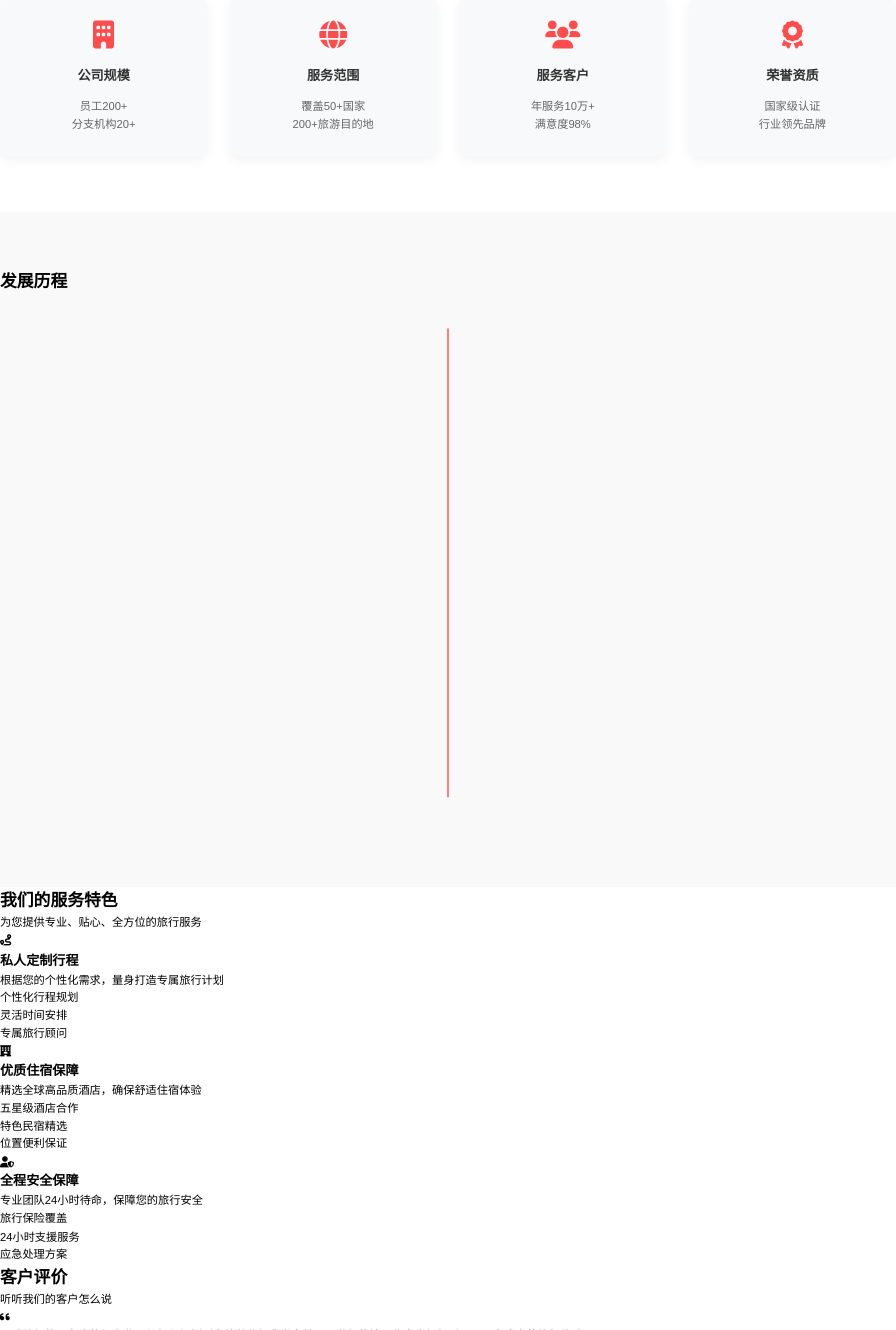
Repository: huang-heavenly-Emperor/travel_1
Page: pages/about.html
These files come from the project's save history. The page is drawn as it stood at one moment and after the next save; the edit follows.
The browser window is 1280 px wide. The pictures show the part of the page from y = 2293 to 4193 px (the page is 4663 px tall before and 4950 px after), at 70% of full size.
A picture or video elsewhere on the page could not be fetched, so the positions and the page height are approximate.

Above is the page before, as saved 2024-11-18 02:34:23.

After the next save:
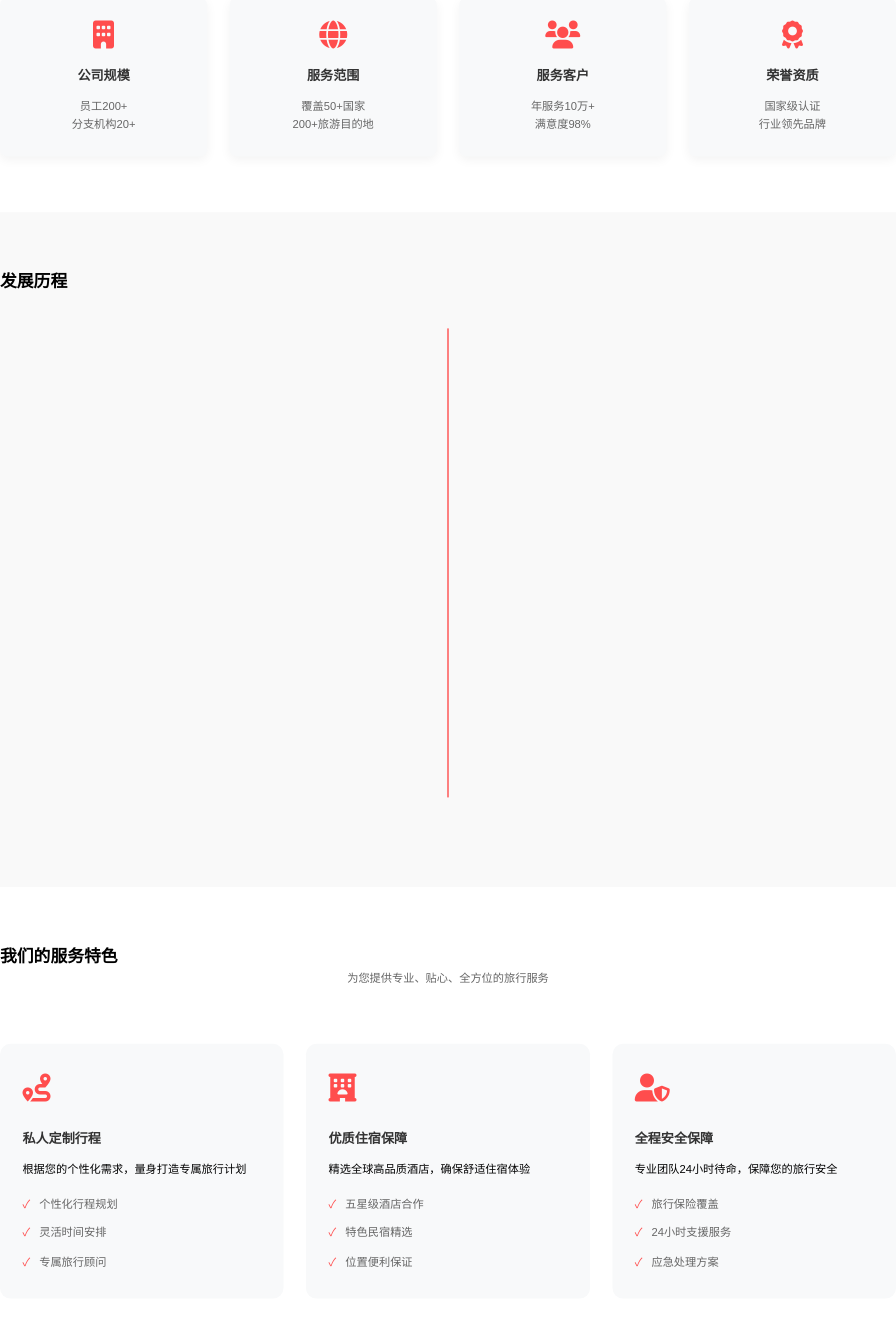
Saved 4 s later.
--- a/css/about.css
+++ b/css/about.css
@@ -245,3 +245,137 @@
     border-radius: 10px;
     box-shadow: 0 5px 15px rgba(0,0,0,0.05);
 }
+
+/* 服务特色样式 */
+.service-features {
+    padding: 5rem 0;
+    background: #fff;
+}
+
+.section-desc {
+    text-align: center;
+    color: #666;
+    margin-bottom: 3rem;
+}
+
+.features-grid {
+    display: grid;
+    grid-template-columns: repeat(auto-fit, minmax(300px, 1fr));
+    gap: 2rem;
+    padding: 2rem 0;
+}
+
+.feature-card {
+    background: #f8f9fa;
+    border-radius: 15px;
+    padding: 2rem;
+    transition: all 0.3s ease;
+}
+
+.feature-card:hover {
+    transform: translateY(-10px);
+    box-shadow: 0 10px 30px rgba(0,0,0,0.1);
+}
+
+.feature-icon {
+    font-size: 2.5rem;
+    color: #ff4d4d;
+    margin-bottom: 1.5rem;
+}
+
+.feature-content h3 {
+    margin-bottom: 1rem;
+    color: #333;
+}
+
+.feature-list {
+    list-style: none;
+    margin-top: 1rem;
+}
+
+.feature-list li {
+    padding: 0.5rem 0;
+    color: #666;
+    position: relative;
+    padding-left: 1.5rem;
+}
+
+.feature-list li::before {
+    content: '✓';
+    color: #ff4d4d;
+    position: absolute;
+    left: 0;
+}
+
+/* 客户评价样式 */
+.testimonials {
+    padding: 5rem 0;
+    background: #f8f9fa;
+}
+
+.testimonials-slider {
+    position: relative;
+    max-width: 1000px;
+    margin: 0 auto;
+    overflow: hidden;
+}
+
+.testimonial-card {
+    background: #fff;
+    border-radius: 15px;
+    padding: 2rem;
+    margin: 1rem;
+    box-shadow: 0 5px 15px rgba(0,0,0,0.05);
+}
+
+.testimonial-content {
+    position: relative;
+    padding: 1rem 0;
+}
+
+.testimonial-content i {
+    font-size: 2rem;
+    color: #ff4d4d;
+    opacity: 0.2;
+}
+
+.testimonial-author {
+    display: flex;
+    align-items: center;
+    margin-top: 2rem;
+}
+
+.testimonial-author img {
+    width: 60px;
+    height: 60px;
+    border-radius: 50%;
+    margin-right: 1rem;
+}
+
+.rating {
+    color: #ffd700;
+    margin-top: 0.5rem;
+}
+
+.slider-controls {
+    display: flex;
+    justify-content: center;
+    gap: 1rem;
+    margin-top: 2rem;
+}
+
+.slider-controls button {
+    background: #fff;
+    border: none;
+    width: 40px;
+    height: 40px;
+    border-radius: 50%;
+    cursor: pointer;
+    box-shadow: 0 2px 5px rgba(0,0,0,0.1);
+    transition: all 0.3s ease;
+}
+
+.slider-controls button:hover {
+    background: #ff4d4d;
+    color: #fff;
+}
